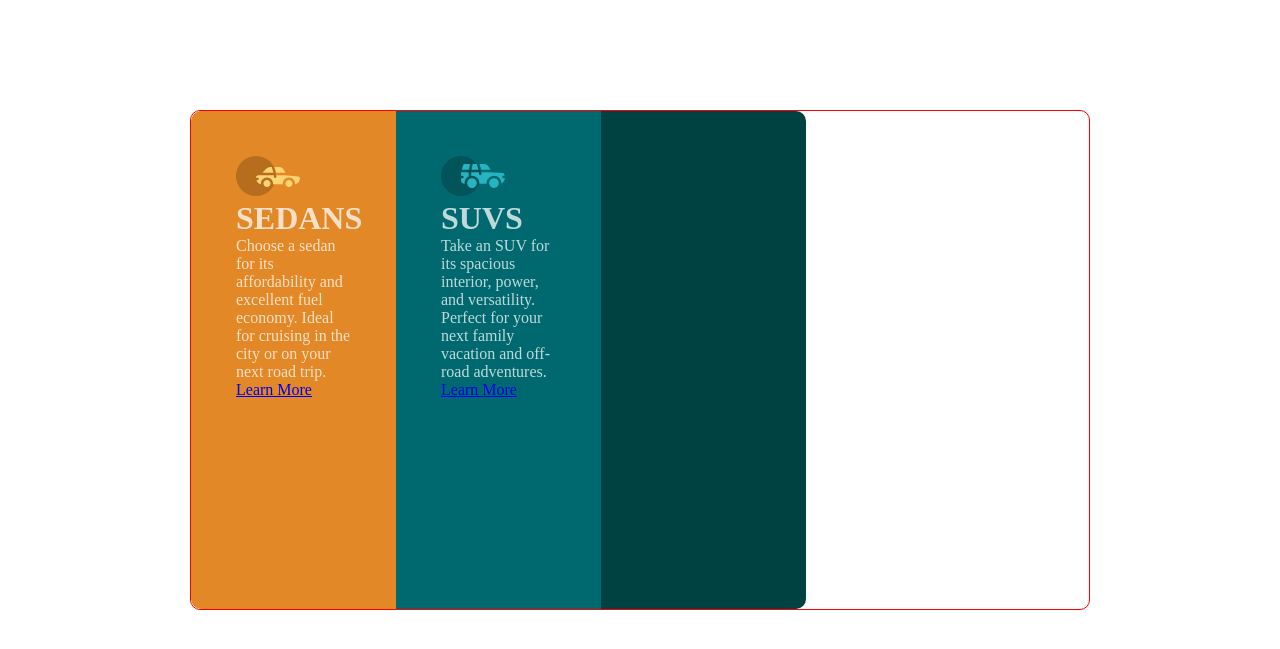
Repository: KamoliddinGIT/column-preview-card
Page: index.html
An editor plug-in stored every save of this project. The page is shown before and after the next save, followed by the edit.
The browser window is 1280 px wide. The pictures show the whole page.

Above is the page before, as saved 2023-09-15 16:30:49.

### index.html
<!DOCTYPE html>
<html lang="en">
  <head>
    <meta charset="UTF-8" />
    <meta name="viewport" content="width=device-width, initial-scale=1.0" />
    <link
      rel="icon"
      type="image/png"
      sizes="32x32"
      href="./images/favicon-32x32.png"
    />
    <link rel="stylesheet" href="./css/style.css" />
    <title>3-column preview card component</title>
  </head>
  <body>
    <div class="container">
      <div class="card__1">
        <img src="./images/icon-sedans.svg" alt="sedans" />
        <h1>SEDANS</h1>
        <p>
          Choose a sedan for its affordability and excellent fuel economy. Ideal
          for cruising in the city or on your next road trip.
        </p>
        <a href="#">Learn More</a>
      </div>
      <div class="card__2">
        <img src="./images/icon-suvs.svg" alt="suvs" />
        <h1>SUVS</h1>
        <p>
          Take an SUV for its spacious interior, power, and versatility. Perfect
          for your next family vacation and off-road adventures.
        </p>
        <a href="#">Learn More</a>
      </div>
      <div class="card__3"></div>
    </div>
  </body>
</html>

### css/style.css
* {
  margin: 0;
  padding: 0;
  box-sizing: border-box;
}

body {
  display: flex;
  justify-content: center;
  align-items: center;
  width: 100%;
  height: 100vh;
}

.container {
  display: flex;
  flex-direction: row;
  border-radius: 10px;
  width: 900px;
  height: 500px;
  color: hsla(0, 0%, 100%, 0.75);
  border: 1px solid red;
}

.card__1 {
  width: 205px;
  height: 100%;
  background-color: hsl(31, 77%, 52%);
  border-top-left-radius: 10px;
  border-bottom-left-radius: 10px;
  padding: 45px;
}

.card__2 {
  width: 205px;
  height: 100%;
  background-color: hsl(184, 100%, 22%);
  padding: 45px;
}

.card__3 {
  width: 205px;
  height: 100%;
  background-color: hsl(179, 100%, 13%);
  border-top-right-radius: 10px;
  border-bottom-right-radius: 10px;
  padding: 45px;
}

After the next save:
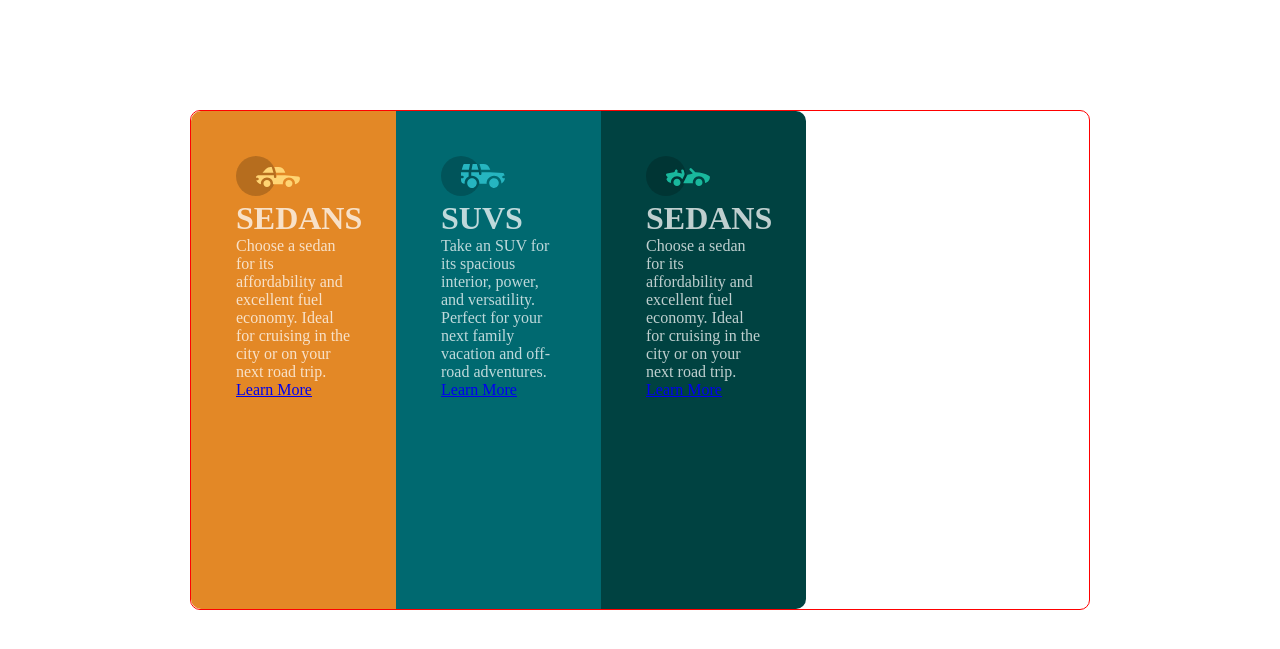
Saved 15 s later.
--- a/index.html
+++ b/index.html
@@ -32,7 +32,15 @@
         </p>
         <a href="#">Learn More</a>
       </div>
-      <div class="card__3"></div>
+      <div class="card__3">
+        <img src="./images/icon-luxury.svg" alt="icon-luxury" />
+        <h1>SEDANS</h1>
+        <p>
+          Choose a sedan for its affordability and excellent fuel economy. Ideal
+          for cruising in the city or on your next road trip.
+        </p>
+        <a href="#">Learn More</a>
+      </div>
     </div>
   </body>
 </html>
